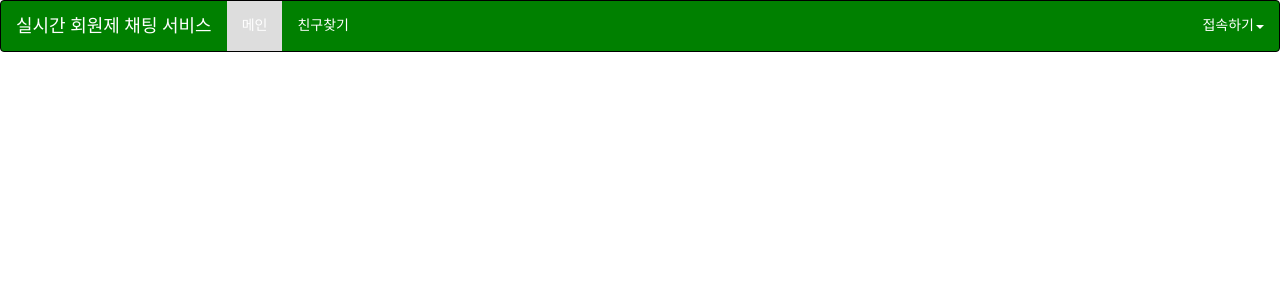
Repository: kkoseunghyun/javaAjaxChat
Page: http://localhost/UserChat/
An editor plug-in stored every save of this project. The page is shown before and after the next save, followed by the edit.
The browser window is 1280 px wide. The pictures show the whole page.
Some web fonts or font styles are not loaded; a fallback is used. Some web libraries are served in a nearby version. The page is served by Tomcat 9. Other server files are loaded and not shown.

Above is the page before, as saved 2019-05-15 08:16:16.

### JspAjax/UserChat/WebContent/index.jsp
<%@ page language="java" contentType="text/html; charset=UTF-8" pageEncoding="UTF-8"%>
<!DOCTYPE html>
<html>
<head>
	<meta charset="UTF-8">
	<meta name="viewport" content="width=device-width, initial-scale=1">
	<link rel="stylesheet" type="text/css" href="css/bootstrap.css">
	<link rel="stylesheet" type="text/css" href="css/custom.css?ver=1">
	<title>JSP Ajax 실시간 회원제 채팅 서비스</title>
	<script src="https://code.jquery.com/jquery-3.1.1.min.js"></script>
	<script src="js/bootstrap.js"></script>
</head>
<body>
	<%
		String userID = null;
		if(session.getAttribute("userID") != null){
			userID = (String) session.getAttribute("userID");
		}
	%>
	<nav class="navbar navbar-default">
		<div class="navbar-header">
			<button type="button" class="navbar-toggle collapsed"
				data-toggle="collapse" data-target="#bs-example-navbar-collapse-1"
				aria-expanded="false">
				<span class="icon-bar"></span>
				<span class="icon-bar"></span>
				<span class="icon-bar"></span>
			</button>
			<a class="navbar-brand" href="main.jsp">실시간 회원제 채팅 서비스</a>
		</div>
		<div class="collapse navbar-collapse" id="bs-example-navbar-collapse-1">
			<ul class="nav navbar-nav">
				<li class="active"><a href="main.jsp">메인</a></li>
				<li><a href="find.jsp">친구찾기</a></li>
			</ul>
			<%
				if(userID == null){ // 로그인이 안된사람들에 한해 보여지는 네비게이션 바
			%>
			<ul class="nav navbar-nav navbar-right">
				<li class="dropdown">
					<a href="#" class="dropdown-toggle"
						data-toggle="dropdown" role="button" aria-haspopup="true"
						aria-expanded="false">접속하기<span class="caret"></span></a>
					<ul class="dropdown-menu">
						<li class="active"><a href="login.jsp">로그인</a></li>
						<li><a href="join.jsp">회원가입</a></li>
					</ul>
				</li>
			</ul>
			<%
				} else {
			%>
			<ul class="nav navbar-nav navbar-right">
				<li class="dropdown">
					<a href="#" class="dropdown-toggle"
						data-toggle="dropdown" role="button" aria-haspopup="true"
						aria-expanded="false">회원관리<span class="caret"></span></a>
					<ul class="dropdown-menu">
						<li><a href="logoutAction.jsp">로그아웃</a></li>
					</ul>
				</li>
			</ul>
			<%
				}
			%>
		</div>
	</nav>

	<%
		/*
			ex)
			UserRegisterServlet.java, UserLoginServlet에서 session.setAttribute로 정의한
			messageContent,messageType 을 session.getAttribute를 통해 가져와서, 색깔셋팅 등 messageModal 설정부분
		*/
		String messageContent = null;
		if (session.getAttribute("messageContent") != null) {
			messageContent = (String) session.getAttribute("messageContent");
		}
		String messageType = null;
		if (session.getAttribute("messageType") != null) {
			messageType = (String) session.getAttribute("messageType");
		}
		if (messageContent != null) {
	%>
	<!--  messageModal -->
	<div class="modal fade" id="messageModal" tabindex="-1" role="dialog" aria-hidden="true">
		<div class="vertical-alignment-helper">
			<div class="modal-dialog vertical-align-center">
				<div class="modal-content <% if(messageType.equals("오류 메세지")) out.println("panel-warning"); else out.println("panel-success");%> ">
					<div class="modal-header panel-heading">
						<button type="button" class="close" data-dismiss="modal">
							<span aria-hidden="true">&times</span>		<!-- x버튼 -->
							<span class="sr-only">Close</span>
						</button>
						<h4 class="modal-title">
							<%= messageType %>
						</h4>
					</div>
					<div class="modal-body">
						<%= messageContent %>
					</div>
					<div class="modal-footer">
						<button type="button" class="btn btn-primary" data-dismiss="modal">확인</button>
					</div>
				</div>
			</div>
		</div>
	</div>
	<script>
		$('#messageModal').modal("show");
	</script>
	<%
		session.removeAttribute("messageContent");
		session.removeAttribute("messageType");
		}
	%>
</body>
</html>

### JspAjax/UserChat/WebContent/css/custom.css
@import url(http://fonts.googleapis.com/earlyaccess/nanumgothic.css);
@import url(http://fonts.googleapis.com/earlyaccess/hanna.css);
@import url(http://fonts.googleapis.com/earlyaccess/notosanskr.css);
* {
	font-family: 'Nanum Gothic';
}
h5 {
	font-family: 'Noto Sans KR';
	font-size: 15px;
}
h4 {
	font-family: 'Noto Sans KR';
}
h3 {
	font-family: 'Hanna';
}
h2 {
	font-family: 'Hanna';
}
h1 {
	font-family: 'Hanna';
}

/* 테이블 관련 디자인 처리 */
thead th {
	background-color: #2d1f1f;
	color: white;
	text-align: center;
}
tr td:first-child,
tr th:first-child {
	border-top-left-radius: 6px;
	border-bottom-left-radius: 6px;
}
tr td:last-child,
tr th:last-child {
	border-top-right-radius: 6px;
	border-bottom-right-radius: 6px;
}

/* 모달 팝업창 관련 디자인 처리 */
.vertical-alignment-helper {
	display: table;
	height: 100%;
	width: 100%;
	pointer-events: none;
}
.vertical-alignment-center {
	display: table-cell;
	vertical-align: middle;
	pointer-events: none;
}
.modal-content {
	width: inherit;
	height: inherit;
	margin: 0 auto;
	pointer-events: all;
}

/* 채팅창 디자인 처리 */
.portlet {
    margin-bottom: 15px;
}
.btn-white {
    border-color: #cccccc;
    color: #333333;
    background-color: #ffffff;
}
.portlet {
    border: 1px solid;
}
.portlet .portlet-heading {
    padding: 0 15px;
}
.portlet .portlet-heading h4 {
    padding: 1px 0;
    font-size: 16px;
}
.portlet .portlet-heading a {
    color: #fff;
}
.portlet .portlet-heading a:hover,
.portlet .portlet-heading a:active,
.portlet .portlet-heading a:focus {
    outline: none;
}
.portlet .portlet-widgets .dropdown-menu a {
    color: #333;
}
.portlet .portlet-widgets ul.dropdown-menu {
    min-width: 0;
}
.portlet .portlet-heading .portlet-title {
    float: left;
}
.portlet .portlet-heading .portlet-title h4 {
    margin: 10px 0;
}
.portlet .portlet-heading .portlet-widgets {
    float: right;
    margin: 8px 0;
}
.portlet .portlet-heading .portlet-widgets .tabbed-portlets {
    display: inline;
}
.portlet .portlet-heading .portlet-widgets .divider {
    margin: 0 5px;
}
.portlet .portlet-body {
    padding: 15px;
    background: #fff;
}
.portlet .portlet-footer {
    padding: 10px 15px;
    background: #e0e7e8;
}
.portlet .portlet-footer ul {
    margin: 0;
}
.portlet-green,
.portlet-green>.portlet-heading {
    border-color: #16a085;
}
.portlet-green>.portlet-heading {
    color: #fff;
    background-color: #16a085;
}
.portlet-orange,
.portlet-orange>.portlet-heading {
    border-color: #f39c12;
}
.portlet-orange>.portlet-heading {
    color: #fff;
    background-color: #f39c12;
}
.portlet-blue,
.portlet-blue>.portlet-heading {
    border-color: #2980b9;
}
.portlet-blue>.portlet-heading {
    color: #fff;
    background-color: #2980b9;
}
.portlet-red,
.portlet-red>.portlet-heading {
    border-color: #e74c3c;
}
.portlet-red>.portlet-heading {
    color: #fff;
    background-color: #e74c3c;
}
.portlet-purple,
.portlet-purple>.portlet-heading {
    border-color: #8e44ad;
}
.portlet-purple>.portlet-heading {
    color: #fff;
    background-color: #8e44ad;
}
.portlet-default,
.portlet-dark-blue,
.portlet-default>.portlet-heading,
.portlet-dark-blue>.portlet-heading {
    border-color: #34495e;
}
.portlet-default>.portlet-heading,
.portlet-dark-blue>.portlet-heading {
    color: #fff;
    background-color: #34495e;
}
.portlet-basic,
.portlet-basic>.portlet-heading {
    border-color: #333;
}
.portlet-basic>.portlet-heading {
    border-bottom: 1px solid #333;
    color: #333;
    background-color: #fff;
}
@media(min-width:768px) { /* 반응형 */
    .portlet {
        margin-bottom: 30px;
    }
}
.img-chat{
width:40px;
height:40px;
}
.text-green {
    color: #16a085;
}
.text-orange {
    color: #f39c12;
}
.text-red {
    color: #e74c3c;
}

/* 전체 링크 관련 영역 */
a {
    color: #000000;
    text-decoration: none;
}
a:hover{
    color: #bbbbbb;
    text-decoration:none;
    cursor: pointer;
}

/* 네비게이션 영역 */
.navbar-default{    /* 배경 색상*/
    background-color: green;
    border-color: #000000;
}
.navbar-default .navbar-brand{ /* 내비게이션 제목 생상 */
    color: #ffffff;
}
.navbar-default .navbar-brand:hover,
.navbar-default .navbar-brand:focus{ /*내비게이션 제목에 마우스를 올렸을 때 */
    background-color: transparent;
    color: #bbbbbb;
}
.navbar-default .navbar-nav > .active > a,
.navbar-default .navbar-nav > .active > a:hover,
.navbar-default .navbar-nav > .active > a:focus{ /* 현재 선택된 내비게이션 색상 이벤트 */
    color: white;
    background-color: #dddddd;
}
.navbar-default .navbar-nav > li > a:hover,
.navbar-default .navbar-nav > li > a:focus { /*내비게이션의 글자에 마우스를 올렸을 때 */
    color: #bbbbbb;
}
.navbar-default .navbar-nav > .open > a,
.navbar-default .navbar-nav > .open > a:hover,
.navbar-default .navbar-nav > .open > a:focus{ /* .open 드랍다운이 열렸을 때 마우스 색상 이벤트  */
    color: black;
    background-color: #ffffff;
    text-decoration: none;
}
.navbar-default .navbar-nav > li > a { /*내비게이션 기본 글자 색상 */
    color: white;
}
/* 미디어 쿼리 */
@media (max-width: 767px) { /* (해상도가 작아졌을때) 드랍다운 아이템에 마우스를 올렸을 때 */
    .navbar-default .navbar-nav .open .dropdown-menu > li > a {
        color: #ffffff;
    }
    .navbar-default .navbar-nav .open .dropdown-menu > li > a:hover,
    .navbar-default .navbar-nav .open .dropdown-menu > li > a:focus {
        color: #bbbbbb;
    }
}

### JspAjax/UserChat/WebContent/css/my.css
@import url(http://font.googleapis.com/earlyaccess/nanumgothic.css);
/* 전체 영역 지정 */
* {
    font-family: 'Nanum Gothic';
}
a {
    color: #000000;
    text-decoration: none;
}
a:hover{
    color: #bbbbbb;
    text-decoration:none;
    cursor: pointer;
}

/* 네비게이션 영역 */
.navbar-default{    /* 배경 색상*/
    background-color: #000000;
    border-color: #000000;
}
.navbar-default .navbar-brand{ /* 내비게이션 제목 생상 */
    color: #ffffff;
}
.navbar-default .navbar-brand:hover,
.navbar-default .navbar-brand:focus{ /*내비게이션 제목에 마우스를 올렸을 때 */
    background-color: transparent;
    color: #bbbbbb;
}
.navbar-default .navbar-nav > .active > a,
.navbar-default .navbar-nav > .active > a:hover,
.navbar-default .navbar-nav > .active > a:focus{/* 현재 선택된 내비게이션 색상 이벤트 */
    color: white;
    background-color: orange;
}
.navbar-default .navbar-nav > li > a:hover,
.navbar-default .navbar-nav > li > a:focus { /*내비게이션의 글자에 마우스를 올렸을 때 */
    color: #bbbbbb;
}
.navbar-default .navbar-nav > .open > a,
.navbar-default .navbar-nav > .open > a:hover,
.navbar-default .navbar-nav > .open > a:focus{ /* .open 드랍다운이 열렸을 때 마우스 색상 이벤트  */
    color: black;
    background-color: #ffffff;
    text-decoration: none;
}
.navbar-default .navbar-nav > li > a { /*내비게이션 기본 글자 색상 */
    color: white;
}
/* 미디어 쿼리 */
@media (max-width: 767px) { /* (해상도가 작아졌을때) 드랍다운 아이템에 마우스를 올렸을 때 */
    .navbar-default .navbar-nav .open .dropdown-menu > li > a {
        color: #ffffff;
    }
    .navbar-default .navbar-nav .open .dropdown-menu > li > a:hover,
    .navbar-default .navbar-nav .open .dropdown-menu > li > a:focus {
        color: #bbbbbb;
    }
}

Loaded but not shown: JspAjax/UserChat/WebContent/css/bootstrap.css (library); JspAjax/UserChat/WebContent/js/bootstrap.js (library)

After the next save:
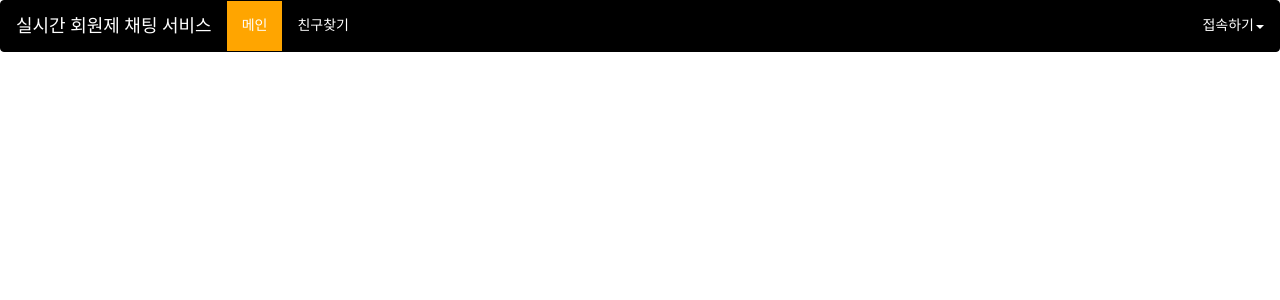
Saved 13 s later.
--- a/JspAjax/UserChat/WebContent/index.jsp
+++ b/JspAjax/UserChat/WebContent/index.jsp
@@ -6,6 +6,7 @@
 	<meta name="viewport" content="width=device-width, initial-scale=1">
 	<link rel="stylesheet" type="text/css" href="css/bootstrap.css">
 	<link rel="stylesheet" type="text/css" href="css/custom.css?ver=1">
+	<link rel="stylesheet" type="text/css" href="css/my.css">
 	<title>JSP Ajax 실시간 회원제 채팅 서비스</title>
 	<script src="https://code.jquery.com/jquery-3.1.1.min.js"></script>
 	<script src="js/bootstrap.js"></script>
